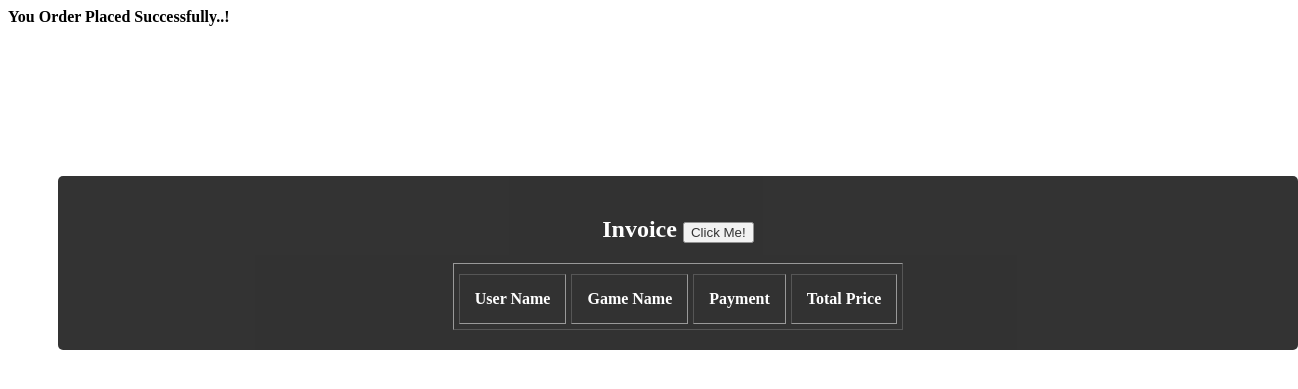
Repository: bharathmg2002/Game_Spot
Page: http://localhost/Games/invoice.jsp
The author's editor kept a copy of each file at every save. The page is drawn from the files as they stood at one save, then again after the next save.
The browser window is 1280 px wide. The page is 1298 px wide, so the pictures cover 1298 px, including what lies to the right of the window. The pictures show the whole page.
The page is served by Tomcat 10. Queries for data that is not in the repository find no rows.

Above is the page before, as saved 2024-03-23 06:43:58.

After the next save:
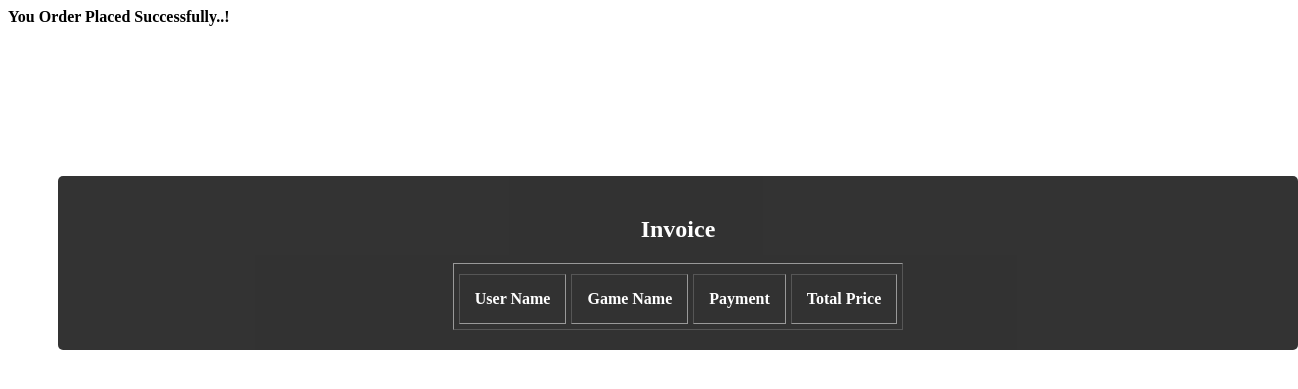
Saved 5 min 45 s later.
--- a/Games/webapp/invoice.jsp
+++ b/Games/webapp/invoice.jsp
@@ -63,7 +63,7 @@ a:hover{
 	%>
 	<h2 class = "user" align="center">
 		<font><strong>Invoice</strong></font>
-		<button type="button">Click Me!</button>
+		<!-- <button type="button">Click Me!</button> -->
 	</h2>
 	<table align="center" cellpadding="15" cellspacing="5" border="1">
 		<tr>
